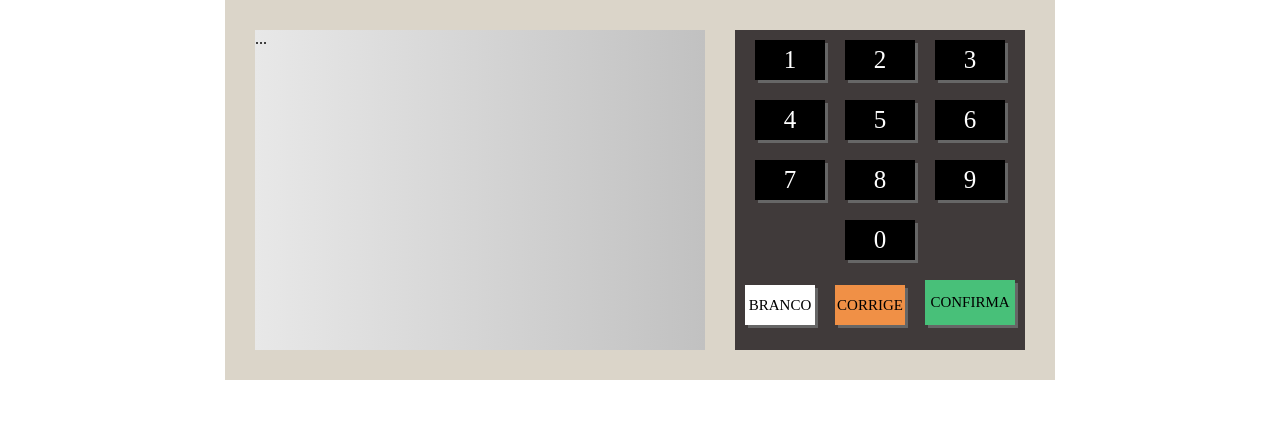
Repository: ThiagoIturra/urnaJs
Page: index.html
These files come from the project's save history. The page is drawn as it stood at one moment and after the next save; the edit follows.
The browser window is 1280 px wide. The pictures show the whole page.

Above is the page before, as saved 2022-01-05 16:18:41.

After the next save:
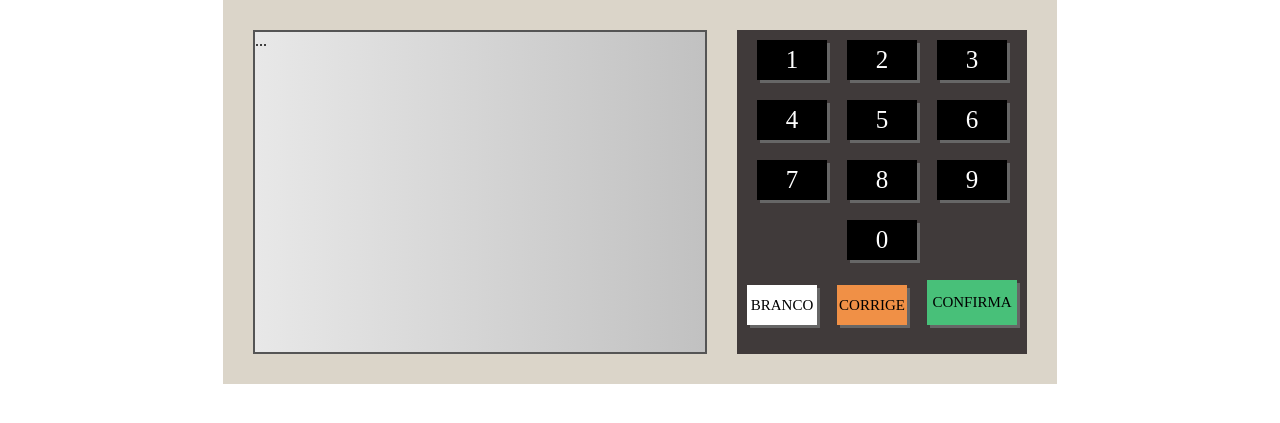
Saved 72 s later.
--- a/style.css
+++ b/style.css
@@ -15,6 +15,7 @@ body {
     width: 450px;
     height: 320px;
     background: linear-gradient(to right, #e8e8e8, #c1c1c1);
+    border: 2px solid #555;
 }
 
 .keyboard {
